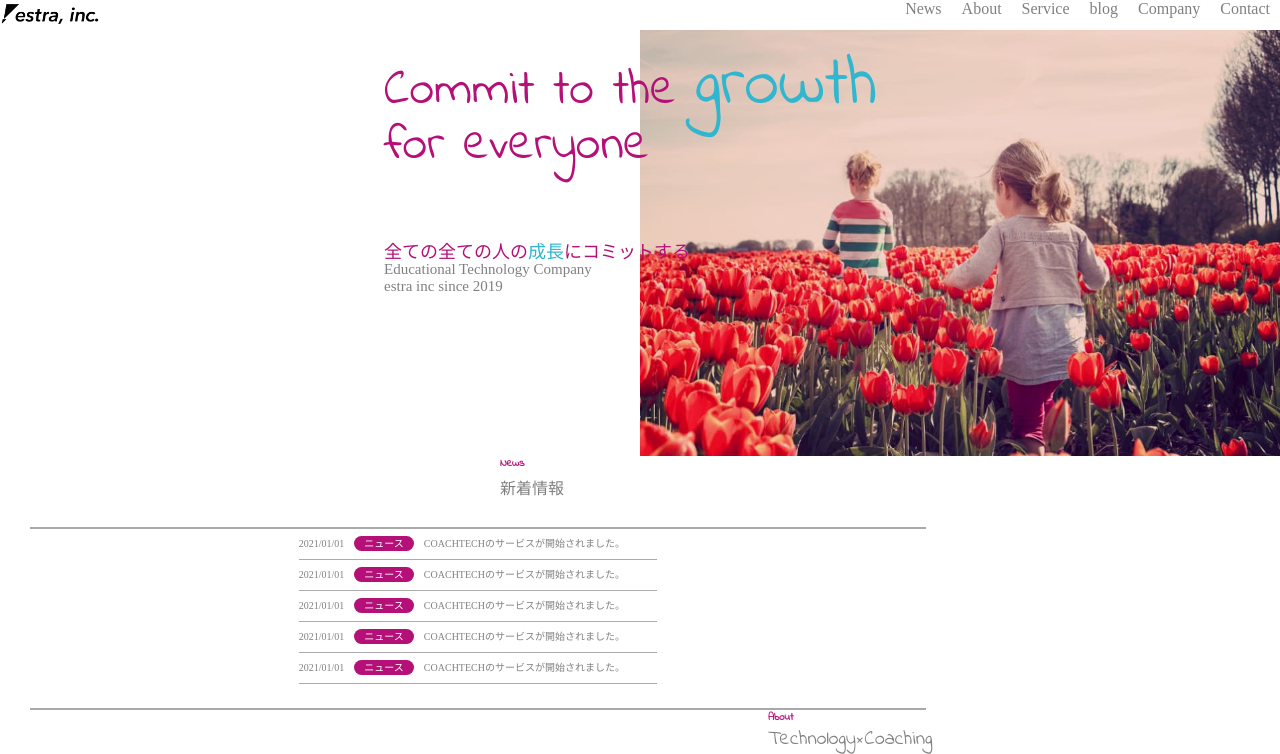
Repository: sigemasaasuka/20210902
Page: index.html
An editor plug-in stored every save of this project. The page is shown before and after a run of saves, followed by the edit.
The browser window is 1280 px wide. The pictures show the whole page.

Above is the page before, as saved 2021-09-20 16:19:54.

After the next 2 saves:
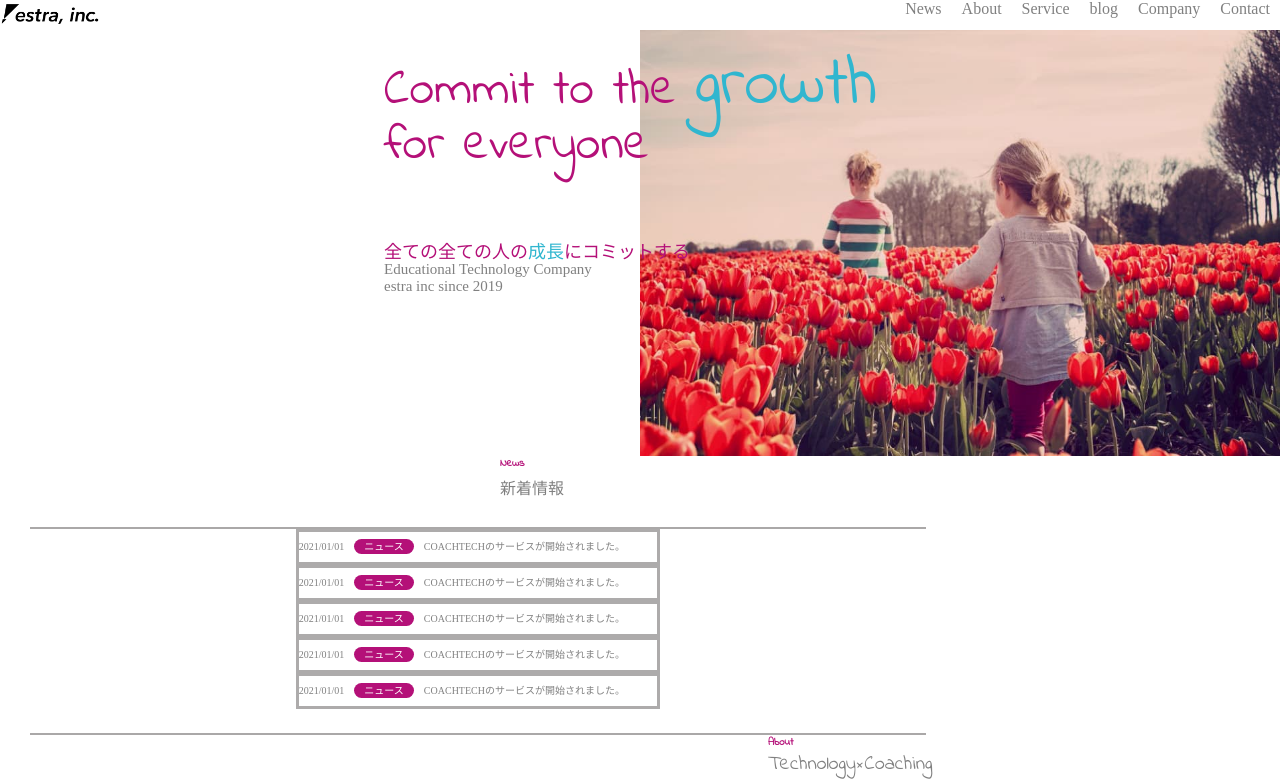
The 2 saves are shown as one change because they came seconds apart.
The last was saved 29 s later.
--- a/css/style.css
+++ b/css/style.css
@@ -94,7 +94,7 @@
 }
 
 .info {
-  border-width: 0 0 1px 0;
+  margin-bottom: ;
   border-style: solid;
   line-height: 30px;
   border-color: rgb(173, 171, 171);

After the 5 saves that followed:
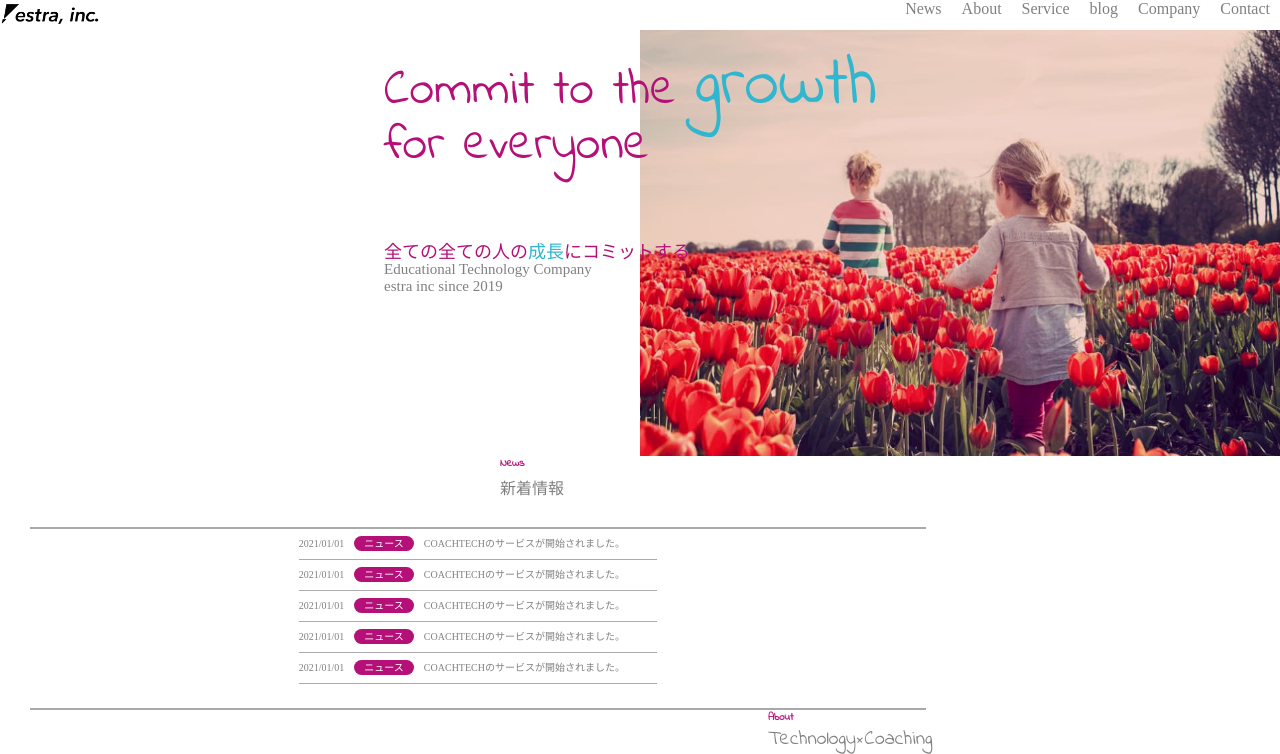
The 5 saves are shown as one change because 1 left the picture as it was and some came seconds apart.
The last was saved 23 s later.
--- a/css/style.css
+++ b/css/style.css
@@ -94,7 +94,8 @@
 }
 
 .info {
-  margin-bottom: ;
+  margin-bottom: 20px;
+  border-width: 0 0 1px 0;
   border-style: solid;
   line-height: 30px;
   border-color: rgb(173, 171, 171);
